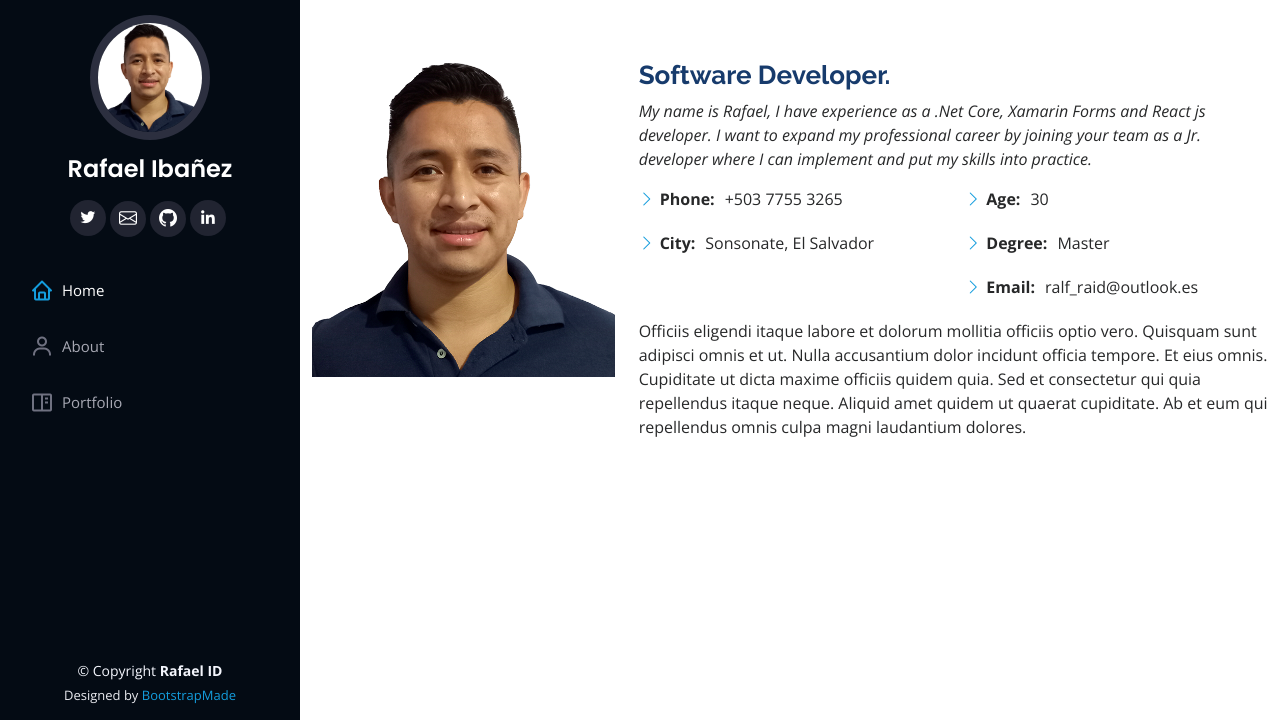
Repository: ralfId/myportfolio
Page: /about
The author's editor kept a copy of each file at every save. The page is drawn from the files as they stood at one save, then again after the next save.
The browser window is 1280 px wide. The pictures show the whole page.
The project was rebuilt for these pictures with package versions that can differ from the ones it lists, and the page was loaded fresh each time. Also part of the build but not shown: src/components/Home.js, src/data/projects.js, src/components/Projects/ProjectItem.js, src/components/Projects/ProjectIndex.js, src/helpers/ProjectById.js, src/components/Projects/ProjectDetail.js.

Above is the page before, as saved 2021-09-20 18:59:35.

### public/index.html
<!DOCTYPE html>
<html lang="en">

<head>
  <meta charset="utf-8" />
  <link rel="icon" href="%PUBLIC_URL%/favicon.ico" />
  <meta name="viewport" content="width=device-width, initial-scale=1" />
  <meta name="theme-color" content="#000000" />
  <meta name="description" content="Web site created using create-react-app" />
  <link rel="apple-touch-icon" href="%PUBLIC_URL%/logo192.png" />
  <link rel="manifest" href="%PUBLIC_URL%/manifest.json" />

  <!-- Google Fonts -->
  <link
    href="https://fonts.googleapis.com/css?family=Open+Sans:300,300i,400,400i,600,600i,700,700i|Raleway:300,300i,400,400i,500,500i,600,600i,700,700i|Poppins:300,300i,400,400i,500,500i,600,600i,700,700i"
    rel="stylesheet">

  <!-- Vendor CSS Files -->
  <link href="vendor/aos/aos.css" rel="stylesheet">
  <link href="vendor/bootstrap/css/bootstrap.min.css" rel="stylesheet">
  <link href="vendor/bootstrap-icons/bootstrap-icons.css" rel="stylesheet">
  <link href="vendor/boxicons/css/boxicons.min.css" rel="stylesheet">
  <link href="vendor/glightbox/css/glightbox.min.css" rel="stylesheet">
  <link href="vendor/swiper/swiper-bundle.min.css" rel="stylesheet">

  <!-- Template Main CSS File -->
  <link href="css/style.css" rel="stylesheet">
  <title>React App</title>

  <!-- =======================================================
  * Template Name: iPortfolio - v3.3.0
  * Template URL: https://bootstrapmade.com/iportfolio-bootstrap-portfolio-websites-template/
  * Author: BootstrapMade.com
  * License: https://bootstrapmade.com/license/
  ======================================================== -->
</head>

<body>
  <noscript>You need to enable JavaScript to run this app.</noscript>
  <div id="root"></div>
  <!--
      This HTML file is a template.
      If you open it directly in the browser, you will see an empty page.

      You can add webfonts, meta tags, or analytics to this file.
      The build step will place the bundled scripts into the <body> tag.

      To begin the development, run `npm start` or `yarn start`.
      To create a production bundle, use `npm run build` or `yarn build`.
    -->
 <!-- Vendor JS Files -->
 <script src="vendor/aos/aos.js" type="text/javascript"></script>
 <script src="vendor/bootstrap/js/bootstrap.bundle.min.js" type="text/javascript"></script>
 <script src="vendor/glightbox/js/glightbox.min.js" type="text/javascript"></script>
 <script src="vendor/isotope-layout/isotope.pkgd.min.js" type="text/javascript"></script>
 <script src="vendor/php-email-form/validate.js" type="text/javascript"></script>
 <script src="vendor/purecounter/purecounter.js" type="text/javascript"></script>
 <script src="vendor/swiper/swiper-bundle.min.js" type="text/javascript"></script>
 <script src="vendor/typed.js/typed.min.js" type="text/javascript"></script>
 <script src="vendor/waypoints/noframework.waypoints.js" type="text/javascript"></script>

 <!-- Template Main JS File -->
 <script src="js/main.js" type="text/javascript"></script>

</body>

</html>

### src/components/About.js
import React from 'react'

export const About = () => {
    return (

        <section id="about" className="about">
            <div className="container">

                <div className="row">
                    <div className="col-lg-4" data-aos="fade-right">
                        <img src="../img/profile-img.png" className="img-fluid" alt="" />
                    </div>
                    <div className="col-lg-8 pt-4 pt-lg-0 content" data-aos="fade-left">
                        <h3>Software Developer.</h3>
                        <p className="fst-italic">
                        My name is Rafael, I have experience as a .Net Core, Xamarin Forms and React js developer.
                        I want to expand my professional career by joining your team as a Jr. developer where
                        I can implement and put my skills into practice.
                        </p>
                        <div className="row">
                            <div className="col-lg-6">
                                <ul>
                                    {/* <li><i className="bi bi-chevron-right"></i> <strong>Birthday:</strong> <span>1 May 1995</span></li>
                                    <li><i className="bi bi-chevron-right"></i> <strong>Website:</strong> <span>www.example.com</span></li> */}
                                    <li><i className="bi bi-chevron-right"></i> <strong>Phone:</strong> <span>+503 7755 3265</span></li>
                                    <li><i className="bi bi-chevron-right"></i> <strong>City:</strong> <span>Sonsonate, El Salvador</span></li>
                                </ul>
                            </div>
                            <div className="col-lg-6">
                                <ul>
                                    <li><i className="bi bi-chevron-right"></i> <strong>Age:</strong> <span>30</span></li>
                                    <li><i className="bi bi-chevron-right"></i> <strong>Degree:</strong> <span>Master</span></li>
                                    <li><i className="bi bi-chevron-right"></i> <strong>Email:</strong> <span>ralf_raid@outlook.es</span></li>
                                    {/* <li><i className="bi bi-chevron-right"></i> <strong>Freelance:</strong> <span>Available</span></li> */}
                                </ul>
                            </div>
                        </div>
                        <p>
                            Officiis eligendi itaque labore et dolorum mollitia officiis optio vero. Quisquam sunt adipisci omnis et ut. Nulla accusantium dolor incidunt officia tempore. Et eius omnis.
                            Cupiditate ut dicta maxime officiis quidem quia. Sed et consectetur qui quia repellendus itaque neque. Aliquid amet quidem ut quaerat cupiditate. Ab et eum qui repellendus omnis culpa magni laudantium dolores.
                        </p>
                    </div>
                </div>

            </div>
        </section>

    )
}

Loaded but not shown: src/index.js (common file); public/vendor/aos/aos.css (library); public/vendor/bootstrap/css/bootstrap.min.css (library); public/vendor/bootstrap-icons/bootstrap-icons.css (library); public/vendor/boxicons/css/boxicons.min.css (library); public/vendor/glightbox/css/glightbox.min.css (library); public/vendor/swiper/swiper-bundle.min.css (library); public/vendor/aos/aos.js (library); public/vendor/bootstrap/js/bootstrap.bundle.min.js (library); public/vendor/glightbox/js/glightbox.min.js (library); public/vendor/isotope-layout/isotope.pkgd.min.js (library); public/vendor/php-email-form/validate.js (common file); public/vendor/purecounter/purecounter.js (library); public/vendor/swiper/swiper-bundle.min.js (library); public/vendor/typed.js/typed.min.js (library); public/vendor/waypoints/noframework.waypoints.js (library); public/js/main.js (267 lines, source omitted); src/components/Nav.js (48 lines, source omitted); src/routers/AppRouter.js (33 lines, source omitted); src/components/Footer.js (16 lines, source omitted); src/Portfolio.js (10 lines, source omitted); public/css/style.css (1154 lines, source omitted)

After the next save:
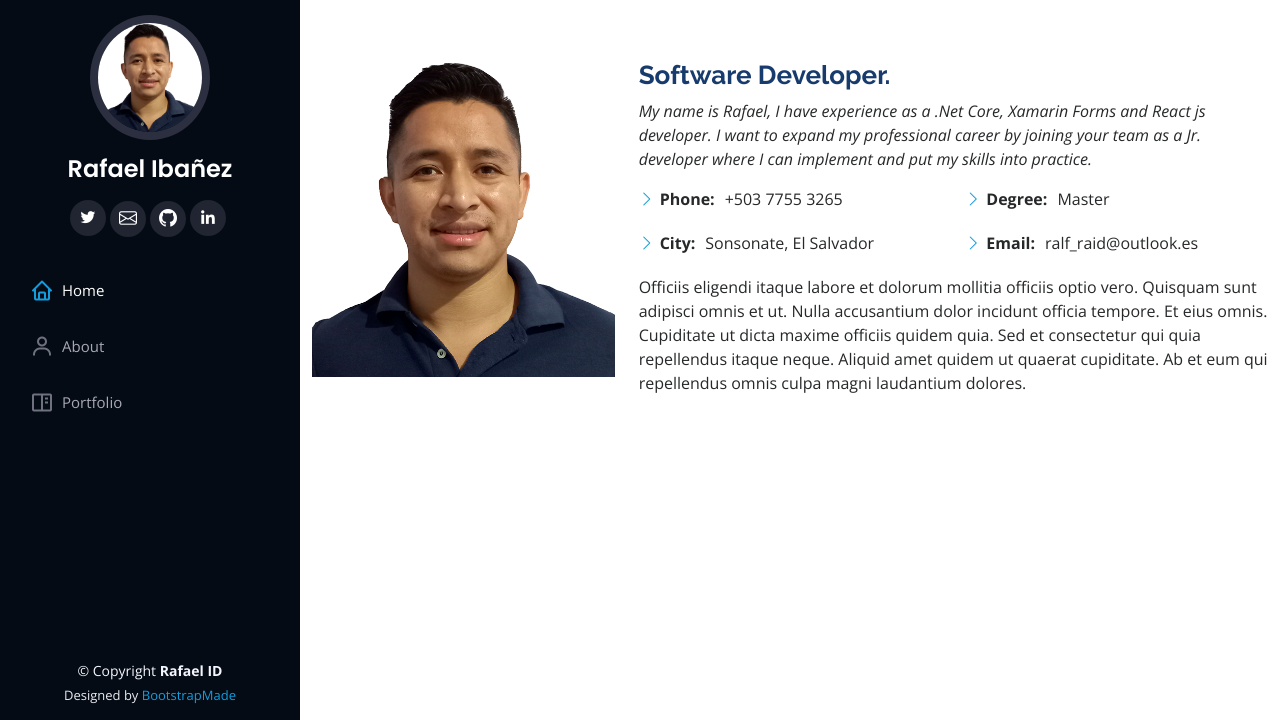
Saved 10 s later.
--- a/src/components/About.js
+++ b/src/components/About.js
@@ -28,7 +28,7 @@ export const About = () => {
                             </div>
                             <div className="col-lg-6">
                                 <ul>
-                                    <li><i className="bi bi-chevron-right"></i> <strong>Age:</strong> <span>30</span></li>
+                                    {/* <li><i className="bi bi-chevron-right"></i> <strong>Age:</strong> <span>30</span></li> */}
                                     <li><i className="bi bi-chevron-right"></i> <strong>Degree:</strong> <span>Master</span></li>
                                     <li><i className="bi bi-chevron-right"></i> <strong>Email:</strong> <span>ralf_raid@outlook.es</span></li>
                                     {/* <li><i className="bi bi-chevron-right"></i> <strong>Freelance:</strong> <span>Available</span></li> */}
